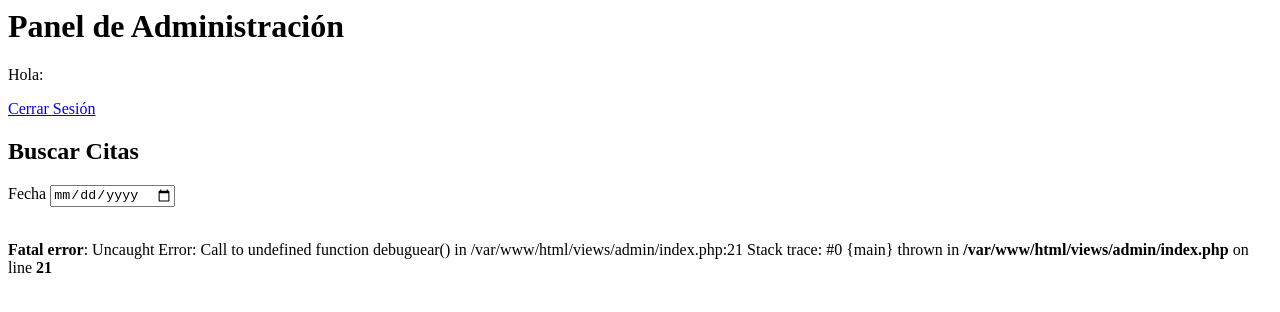
Repository: omoray99/appsalon-mvc-php
Page: http://localhost/confirmar-cuenta/views/admin/index.php
An editor plug-in stored every save of this project. The page is shown before and after the next save, followed by the edit.
The browser window is 1280 px wide. The pictures show the whole page.
The page is run by PHP 8.4 with error messages shown; the project is at /var/www/html/.

Above is the page before, as saved 2024-11-01 09:46:04.

### views/admin/index.php
<h1 class="nombre-pagina"> Panel de Administración   </h1>

<?php include_once __DIR__ . '/../templates/barra.php';

?>

<h2> Buscar Citas </h2>
<div class="busqueda">
    <form class="formulario">
        <div class="campo">
            <label for="fecha">Fecha</label>
            <input type="date" id="fecha" name="fecha">
        </div>


    </form>
</div>

<div id="citas-admin">
    <?php
        debuguear($citas);
    ?>
</div>

### views/templates/barra.php

<div class="barra">
    <p>Hola: <?php echo $nombre ?? '';  ?> </p>

    <a class="boton" href="/logout"> Cerrar Sesión</a>
</div>

After the next save:
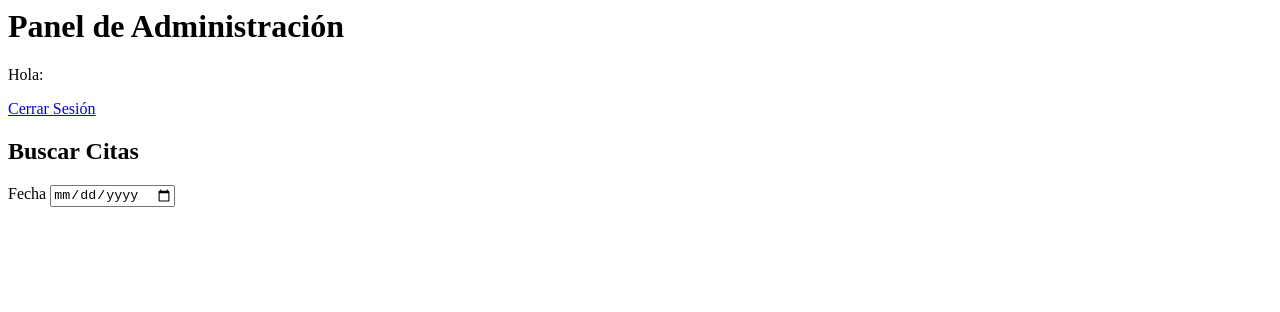
Saved 75 s later.
--- a/views/admin/index.php
+++ b/views/admin/index.php
@@ -18,6 +18,6 @@
 
 <div id="citas-admin">
     <?php
-        debuguear($citas);
+    //    debuguear($citas);
     ?>
 </div>
